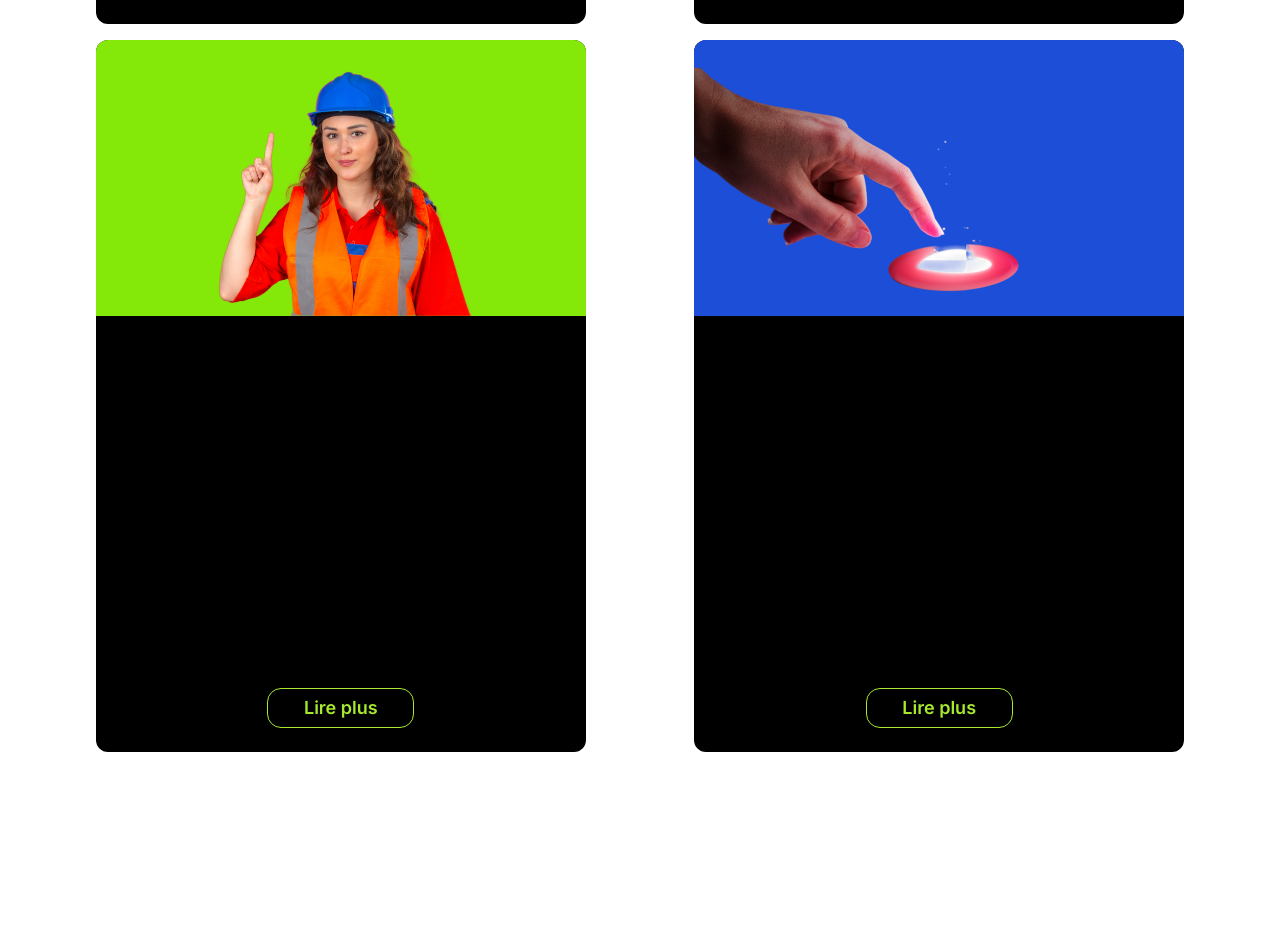
Repository: NassimeElkamari/test
Page: /blogs
The author's editor kept a copy of each file at every save. The page is drawn from the files as they stood at one save, then again after a run of saves.
The browser window is 1280 px wide. The pictures show the part of the page from y = 1379 to 2331 px (the page is 2331 px tall before and 2171 px after).
The project was rebuilt for these pictures with package versions that can differ from the ones it lists, and the page was loaded fresh each time. The framework's server and built-in components were replaced by stand-ins that run in the browser. Also part of the build but not shown: next.config.mjs.

Above is the page before, as saved 2024-06-12 15:59:12.

### src/app/blogs/page.tsx
import Image from 'next/image';
import React from 'react';
import { MdDateRange } from "react-icons/md";
import BlogCard from '../../components/BlogCard';
import { cardData } from '../../data/cardData';


const Blog = () => {
  return (
    <div className='bg-white'>
      <div className='flex justify-center'>
        <h1 className="text-4xl font-bold text-center">Blog</h1>
      </div>
      <div className="relative w-[92vw] h-[85vh] mx-auto  overflow-hidden bg-black  pt-5 pl-8 flex flex-col justify-start rounded-2xl">
        <Image
          src="/bgImage.jpg"
          layout="fill"
          objectFit="cover"
          objectPosition="top"
          quality={100}
          alt="Background Image"
          className="opacity-30 bg-black"
        />
        <div className="absolute inset-0 flex flex-col justify-center text-white mt-[6%] p-4 pl-8">
          <h1 className="text-[52px] font-semibold mb-4">
          Ouvrez les portes de la connaissance <br /> avec nos Blogs stimulants
          </h1>
          <p className="text-[17px] mb-8">
          Découvrez les dernières actualités de 2peerfect dans une multitude de domaines passionnants. <br />Plongez-vous dans nos articles pour rester à jour sur les tendances les plus récentes en technologie, <br /> santé mentale, Design, Business, et bien plus encore. Avec une expertise diversifiée et des perspectives variées,<br /> 2peerfect vous offre un aperçu complet et captivant des développements les plus récents à travers différents secteurs.<br /> Ne manquez rien de ce qui se passe dans le monde, suivez 2peerfect pour rester informé et inspiré.
          </p>
          <div className="flex flex-wrap justify-between space-x-4 w-[80%]">
            <div className="bg-transparent rounded-lg shadow-md w-[15%] h-10 mb-4 border border-[#A7E92F] flex items-center justify-center">
              <h2 className="text-lg font-semibold text-center">Marketing</h2>
            </div>
            <div className="bg-transparent rounded-lg shadow-md w-[15%] h-10 mb-4 border border-[#A7E92F] flex items-center justify-center">
              <h2 className="text-lg font-semibold text-center">Design</h2>
            </div>
            <div className="bg-transparent rounded-lg shadow-md w-[15%] h-10 mb-4 border border-[#A7E92F] flex items-center justify-center">
              <h2 className="text-lg font-semibold text-center">Business</h2>
            </div>
            <div className="bg-transparent rounded-lg shadow-md w-[15%] h-10 mb-4 border border-[#A7E92F] flex items-center justify-center">
              <h2 className="text-lg font-semibold text-center">IT</h2>
            </div>
            <div className="bg-transparent rounded-lg shadow-md w-[15%] text-center h-10 mb-4 border border-[#A7E92F] flex items-center justify-center">
              <h2 className="text-lg font-semibold">Psychologie</h2>
            </div>


            {/* Add more cards as needed */}
          </div>
        </div>
      </div>
      <div className='second-section w-[85vw] mx-auto mt-10 flex justify-center'>
      <div className="flex flex-wrap gap-4 justify-between ">
      {cardData.map((card) => (
                  <BlogCard
                    imageSrc={card.imageSrc}
                    title={card.title}
                    description={card.description}
                    date={card.date}
                    color={card.background}
                  />
              ))}
      </div>
    </div>






        <div className='h-[30vh]'>

        </div>

    </div>
  );
};

export default Blog;

### src/components/BlogCard.tsx
import Image from 'next/image'
import React from 'react'
import { MdDateRange } from "react-icons/md";


const BlogCard = ({ imageSrc, title, description, date , color}) => {
  return (
    <div className='w-[45%] h-[50%] bg-black rounded-xl flex flex-col'>
    <div className="w-[100%] h-2/5 relative">
        <Image
        src={imageSrc}
        layout='responsive'
        height={100}
        width={100}
        alt="Card Image"
        className="w-full h-full rounded-t-xl "
        style={{backgroundColor: `${color}`}}
        />
    </div>
    <div className="pt-14 flex justify-center items-center flex-col px-5">
        <h1 className="text-[32px] font-semibold">{title}</h1>
        <p className="text-md mt-5">{description}</p>
    </div>
    <div className="flex items-center justify-end mt-10 mr-2">
        <MdDateRange width={70} height={70} className='mr-4'/>
        <p className="mr-2">{date}</p>
    </div>
    <div className="flex justify-center mt-8 mb-6"> {/* Added justify-center class */}
        <button className="bg-black rounded-[14px] shadow-md w-[30%] text-center h-10 border border-[#A7E92F] flex items-center justify-center">
        <h2 className="text-lg font-semibold text-[#A7E92F]">Lire plus</h2> {/* Added text-white class */}
        </button>
    </div>
    </div>
  )
}

export default BlogCard

### src/data/cardData.js
export const cardData = [
  {
    id: 1,
    imageSrc: "/card11.png",
    title: "L'impact des médias sociaux sur la santé mental",
    description: "Discuter de la façon dont les likes, les commentaires et les partages peuvent devenir une mesure de notre valeur personnelle, et comment cela peut affecter notre estime de soi et notre bien-être émotionnel...",
    date: "11 Décembre 2023",
    background: '#1D4ED8' // Background color for the first card
  },
  {
    id: 2,
    imageSrc: "/card22.png",
    title: "L’inovation technologique dans l’éducation",
    description: "Reconnaître les défis liés à l'intégration de la technologie dans l'éducation, tels que l'accès inégal aux ressources technologiques et les préoccupations concernant la dépendance excessive à la technologie...",
    date: "11 Décembre 2023",
    background: '#84e809' // Background color for the second card
  },
  {
    id: 3,
    imageSrc: "/card33.png",
    title: "L’inovation technologique dans l’éducation",
    description: "Reconnaître les défis liés à l'intégration de la technologie dans l'éducation, tels que l'accès inégal aux ressources technologiques et les préoccupations concernant la dépendance excessive à la technologie...",
    date: "11 Décembre 2023",
    background: '#84e809' // Background color for the third card
  },
  {
    id: 4,
    imageSrc: "/card11.png",
    title: "L'impact des médias sociaux sur la santé mental",
    description: "Discuter de la façon dont les likes, les commentaires et les partages peuvent devenir une mesure de notre valeur personnelle, et comment cela peut affecter notre estime de soi et notre bien-être émotionnel...",
    date: "11 Décembre 2023",
    background: '#1D4ED8' // Background color for the fourth card
  },
];

Loaded but not shown: src/app/layout.tsx (common file); src/app/globals.css (common file); tailwind.config.ts (common file)

After the next 4 saves:
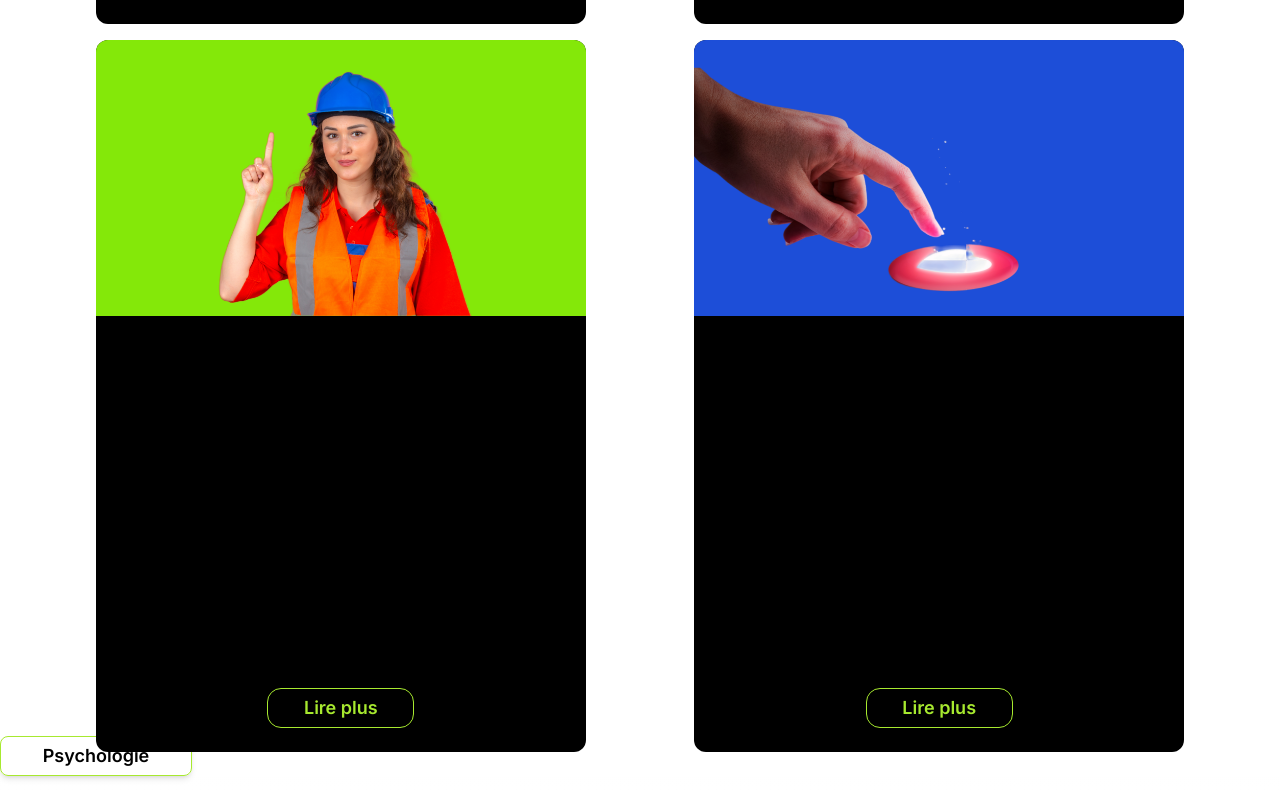
The 4 saves are shown as one change because they came seconds apart.
The last was saved 13 s later.
--- a/src/app/blogs/page.tsx
+++ b/src/app/blogs/page.tsx
@@ -63,15 +63,10 @@ const Blog = () => {
               ))}
       </div>
     </div>
+    <div className="bg-transparent rounded-lg shadow-md w-[15%] text-center h-10 mb-4 border border-[#A7E92F] flex items-center justify-center">
+              <h2 className="text-lg font-semibold">Psychologie</h2>
+            </div>
 
-
-
-
-
-
-        <div className='h-[30vh]'>
-
-        </div>
 
     </div>
   );
